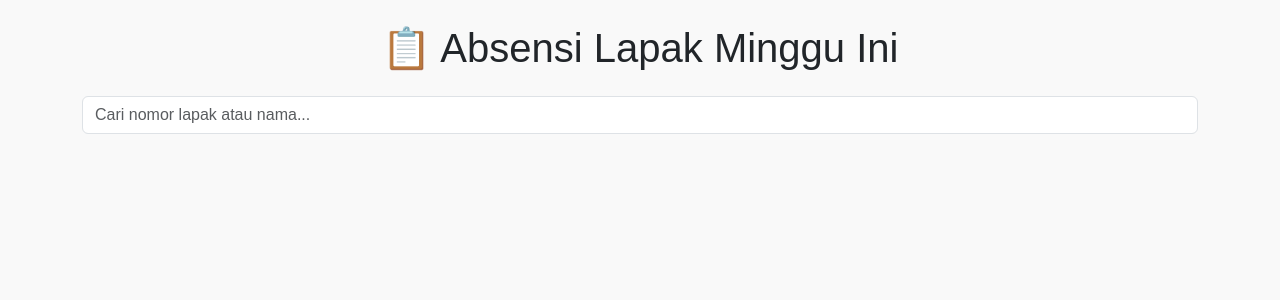
Repository: pasarrakyatbak/absensi
Page: index.html
These files come from the project's save history. The page is drawn as it stood at one moment and after a run of saves; the edit follows.
The browser window is 1280 px wide. The pictures show the whole page.
The page's requests for data from a server got no answer.

Above is the page before, as saved 2025-09-22 00:09:39.

### index.html
<!DOCTYPE html>
<html lang="id">

<head>
    <meta charset="UTF-8">
    <meta name="viewport" content="width=device-width, initial-scale=1.0">
    <title>Absensi Lapak Mingguan</title>
    <link href="https://cdn.jsdelivr.net/npm/bootstrap@5.3.2/dist/css/bootstrap.min.css" rel="stylesheet">
    <link rel="stylesheet" href="style.css">
</head>

<body>
    <div class="container py-4">
        <h1 class="text-center mb-4">📋 Absensi Lapak Minggu Ini</h1>

        <div class="mb-3">
            <input type="text" id="searchInput" class="form-control" placeholder="Cari nomor lapak atau nama...">
        </div>

        <div id="lapakContainer" class="row g-3"></div>
    </div>

    <!-- Modal Konfirmasi Absensi -->
    <div id="absensiModal" style="display:none; position:fixed; top:0; left:0; width:100%; height:100%;
     background: rgba(0,0,0,0.5); justify-content:center; align-items:center; z-index:9999;">
        <div style="background:#fff; padding:20px; border-radius:10px; max-width:400px; width:90%; text-align:center;">
            <h5 id="absensiInfo">Konfirmasi Absensi</h5>
            <p>Apakah Anda yakin ingin mencatat absensi untuk lapak ini?</p>
            <button id="modalAbsenBtn" class="btn btn-primary w-100 mb-2">Absen Sekarang</button>
            <button onclick="closeAbsensiModal()" class="btn btn-secondary w-100">Batal</button>
        </div>
    </div>

    <!-- Loading -->
    <div id="absensiLoading"
        style="display:none; position:fixed; top:0; left:0; width:100%; height:100%;
     background: rgba(0,0,0,0.5); justify-content:center; align-items:center; z-index:10000; flex-direction:column; color:#fff;">
        <div class="spinner-border text-light mb-2" role="status"></div>
        <div id="absensiLoadingText">Sedang menyimpan data...</div>
    </div>

    <script src="script.js"></script>
</body>

</html>

### style.css
body {
    background: #f9f9f9;
    font-family: 'Poppins', sans-serif;
}

.lapak-card {
    transition: transform 0.2s;
    cursor: pointer;
    user-select: none;
}

.lapak-card:hover {
    transform: scale(1.02);
}

.lapak-card.disabled {
    pointer-events: none;
    opacity: 0.7;
}

.text-success {
    font-weight: bold;
}

### script.js
const API_URL = "https://script.google.com/macros/s/AKfycby4z2qZ24SrJkcyGpybH29lSUC_3_z1LG-7wSmTzpaOEXrwjXf0Cl3hqkg95qAxPj1-/exec";
let lapakData = [];
let currentLapakId = null;

// =====================
// Load semua lapak hari ini
// =====================
async function loadLapak() {
    try {
        const res = await fetch(API_URL + "?action=lapakHariIni");
        const json = await res.json();
        if (!json.success) {
            alert(json.message);
            return;
        }
        lapakData = json.data;
        renderLapak(lapakData);
    } catch (err) {
        alert("Error loadLapak: " + err);
    }
}

// =====================
// Render card lapak
// =====================
function renderLapak(data) {
    const container = document.getElementById("lapakContainer");
    container.innerHTML = "";
    if (data.length === 0) {
        container.innerHTML = `<p class="text-center">Tidak ada data lapak.</p>`;
        return;
    }

    data.forEach(lapak => {
        const statusHadir = lapak.statusAbsensi.includes("✅");
        const card = document.createElement("div");
        card.className = "col-md-4 col-sm-6 mb-3";
        card.innerHTML = `
            <div class="card lapak-card shadow-sm ${statusHadir ? 'disabled' : ''}"
                 data-no-lapak="${lapak.noLapak}" data-nama-lapak="${lapak.nama}">
                <div class="card-body text-center">
                    <h5 class="card-title">Lapak ${lapak.noLapak}</h5>
                    <p class="card-text">${lapak.nama}</p>
                    <p class="status-text ${statusHadir ? 'text-success' : 'text-danger'}">
                        ${statusHadir ? "✅ Hadir" : "❌ Belum"}
                    </p>
                </div>
            </div>
        `;

        const cardBody = card.querySelector(".lapak-card");

        if (!statusHadir) {
            // Double-click → langsung absen
            cardBody.addEventListener("dblclick", () => absenLapak(cardBody.dataset.noLapak));

            // Klik normal → buka modal
            cardBody.addEventListener("click", () => openAbsensiModal(cardBody.dataset.noLapak, cardBody.dataset.namaLapak));
        }

        container.appendChild(card);
    });
}

// =====================
// Modal
// =====================
function openAbsensiModal(lapakId, lapakName) {
    const modal = document.getElementById("absensiModal");
    const info = document.getElementById("absensiInfo");
    currentLapakId = lapakId;
    if (info) info.textContent = `Absensi untuk Lapak ${lapakId} - ${lapakName}`;
    modal.style.display = "flex";
}

function closeAbsensiModal() {
    const modal = document.getElementById("absensiModal");
    if (modal) modal.style.display = "none";
}

// =====================
// Loading
// =====================
function showAbsensiLoading(show, text = "Sedang menyimpan data...") {
    const loader = document.getElementById("absensiLoading");
    const loadingText = document.getElementById("absensiLoadingText");
    if (!loader || !loadingText) return;
    if (show) {
        loader.style.display = "flex";
        loadingText.textContent = text;
    } else {
        loader.style.display = "none";
    }
}

// =====================
// Absen dari modal
// =====================
document.getElementById("modalAbsenBtn").addEventListener("click", () => {
    if (currentLapakId) absenLapak(currentLapakId);
    closeAbsensiModal();
});

// =====================
// Fungsi absen dengan optimistik UI
// =====================
async function absenLapak(noLapak) {
    const card = document.querySelector(`.lapak-card[data-no-lapak="${noLapak}"]`);
    if (!card) return;
    const statusText = card.querySelector(".status-text");

    const oldText = statusText.textContent;
    const oldClass = statusText.className;

    // Optimistik update UI
    statusText.textContent = "✅ Hadir";
    statusText.classList.remove("text-danger");
    statusText.classList.add("text-success");
    card.classList.add("disabled");

    try {
        const res = await fetch(API_URL, {
            method: "POST",
            headers: { "Content-Type": "application/x-www-form-urlencoded" },
            body: new URLSearchParams({
                action: "absen",
                noLapak,
                password: "panitia123" // wajib
            })
        });
        const json = await res.json();

        if (!json.success) {
            // rollback UI jika gagal
            statusText.textContent = oldText;
            statusText.className = oldClass;
            card.classList.remove("disabled");
            alert(json.message || "❌ Gagal menyimpan absensi.");
        }
    } catch (err) {
        // rollback UI jika error
        statusText.textContent = oldText;
        statusText.className = oldClass;
        card.classList.remove("disabled");
        alert("❌ Gagal menyimpan absensi.");
    }
}

// =====================
// Search filter
// =====================
document.getElementById("searchInput").addEventListener("input", (e) => {
    const keyword = e.target.value.toLowerCase();
    const filtered = lapakData.filter(l =>
        l.noLapak.toString().toLowerCase().includes(keyword) ||
        l.nama.toLowerCase().includes(keyword)
    );
    renderLapak(filtered);
});

// =====================
// Load pertama
// =====================
loadLapak();

After the next 2 saves:
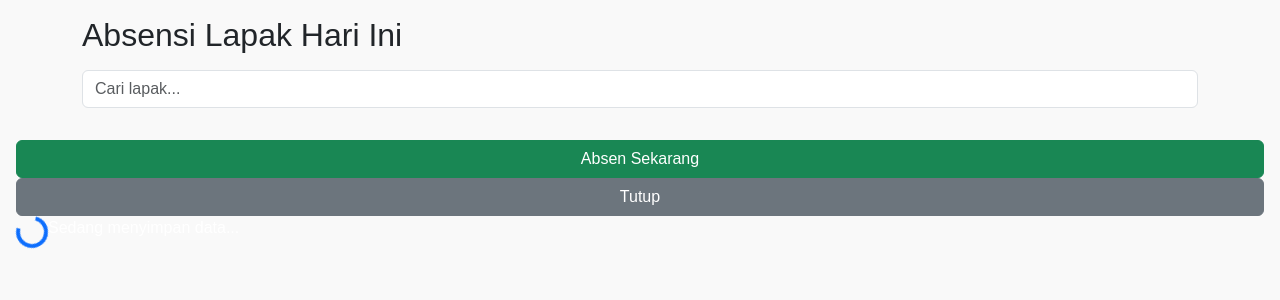
The 2 saves are shown as one change because they came seconds apart.
The last was saved 2 min 20 s later.
--- a/index.html
+++ b/index.html
@@ -4,39 +4,32 @@
 <head>
     <meta charset="UTF-8">
     <meta name="viewport" content="width=device-width, initial-scale=1.0">
-    <title>Absensi Lapak Mingguan</title>
+    <title>Absensi Lapak</title>
     <link href="https://cdn.jsdelivr.net/npm/bootstrap@5.3.2/dist/css/bootstrap.min.css" rel="stylesheet">
     <link rel="stylesheet" href="style.css">
 </head>
 
-<body>
-    <div class="container py-4">
-        <h1 class="text-center mb-4">📋 Absensi Lapak Minggu Ini</h1>
+<body class="p-3">
 
-        <div class="mb-3">
-            <input type="text" id="searchInput" class="form-control" placeholder="Cari nomor lapak atau nama...">
-        </div>
-
-        <div id="lapakContainer" class="row g-3"></div>
+    <div class="container">
+        <h2 class="mb-3">Absensi Lapak Hari Ini</h2>
+        <input type="text" id="searchInput" class="form-control mb-3" placeholder="Cari lapak...">
+        <div class="row" id="lapakContainer"></div>
     </div>
 
-    <!-- Modal Konfirmasi Absensi -->
-    <div id="absensiModal" style="display:none; position:fixed; top:0; left:0; width:100%; height:100%;
-     background: rgba(0,0,0,0.5); justify-content:center; align-items:center; z-index:9999;">
-        <div style="background:#fff; padding:20px; border-radius:10px; max-width:400px; width:90%; text-align:center;">
-            <h5 id="absensiInfo">Konfirmasi Absensi</h5>
-            <p>Apakah Anda yakin ingin mencatat absensi untuk lapak ini?</p>
-            <button id="modalAbsenBtn" class="btn btn-primary w-100 mb-2">Absen Sekarang</button>
-            <button onclick="closeAbsensiModal()" class="btn btn-secondary w-100">Batal</button>
+    <!-- Modal Absensi -->
+    <div id="absensiModal">
+        <div class="modal-content">
+            <p id="absensiInfo"></p>
+            <button class="btn btn-success" id="modalAbsenBtn">Absen Sekarang</button>
+            <button class="btn btn-secondary" onclick="closeAbsensiModal()">Tutup</button>
         </div>
     </div>
 
-    <!-- Loading -->
-    <div id="absensiLoading"
-        style="display:none; position:fixed; top:0; left:0; width:100%; height:100%;
-     background: rgba(0,0,0,0.5); justify-content:center; align-items:center; z-index:10000; flex-direction:column; color:#fff;">
-        <div class="spinner-border text-light mb-2" role="status"></div>
-        <div id="absensiLoadingText">Sedang menyimpan data...</div>
+    <!-- Loader -->
+    <div id="absensiLoading" class="d-flex">
+        <div class="spinner-border text-primary" role="status"></div>
+        <span id="absensiLoadingText" class="text-white">Sedang menyimpan data...</span>
     </div>
 
     <script src="script.js"></script>
